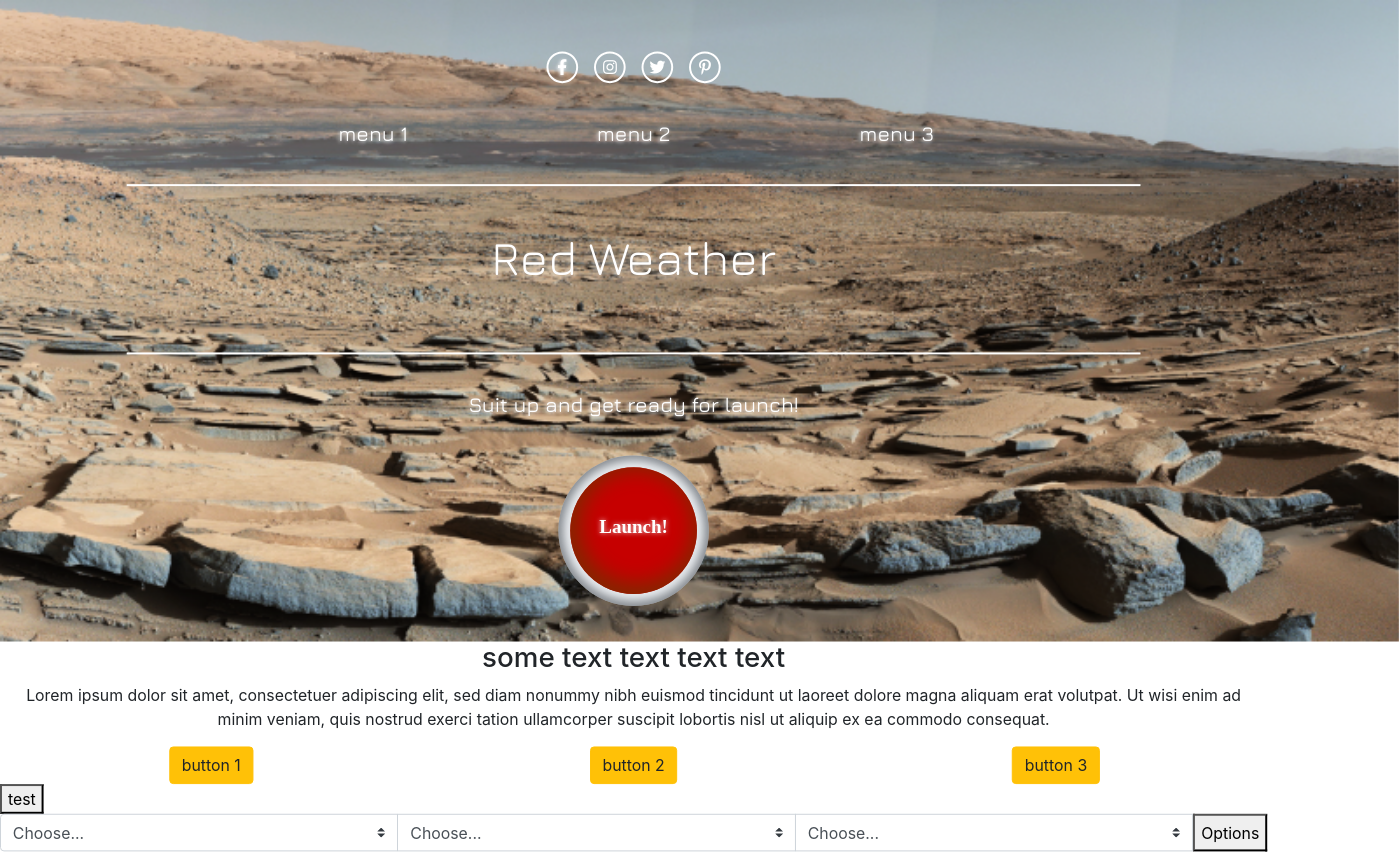
Repository: romqrq/Red-Planet-Explorer
Page: index.html
The author's editor kept a record of every edit. The page is drawn from the files as they stood at one moment, then again after the next edit.
The browser window is 1280 px wide. The page is 1413 px wide, so the pictures cover 1413 px, including what lies to the right of the window. The pictures show the whole page, at 99% of full size.
Some web fonts or font styles are not loaded; a fallback is used. Some web libraries are served in a nearby version.

Above is the page before.
Console error (its wording comes from the project's code and is left out).

After the next edit:
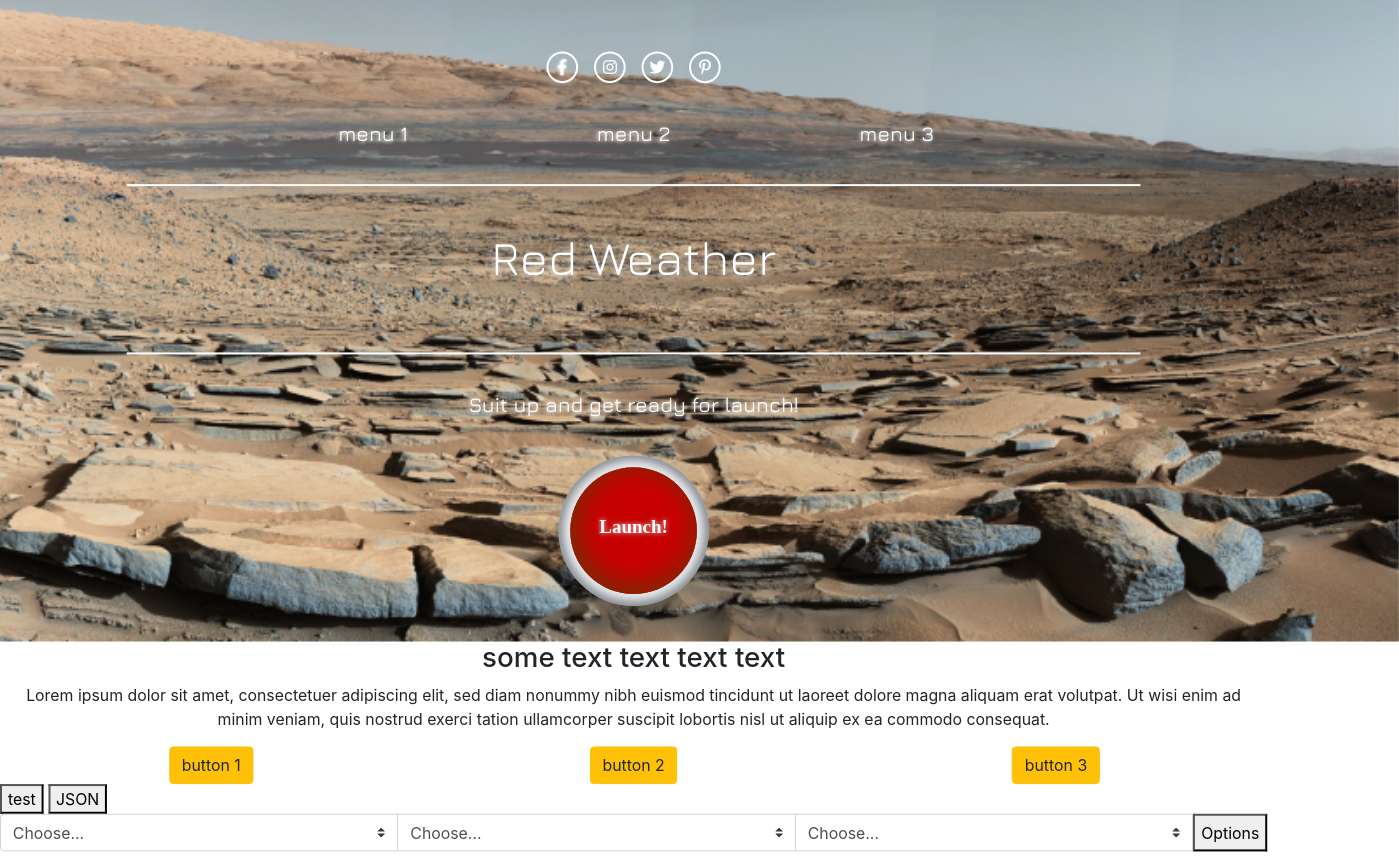
The edit:
--- a/index.html
+++ b/index.html
@@ -112,6 +112,7 @@
         </div>
     </section>
     <button id="testbutton">test</button>
+    <button id="getJSON">JSON</button>
     <div id="output"></div>
     <div id="output2"></div>
     <script>
